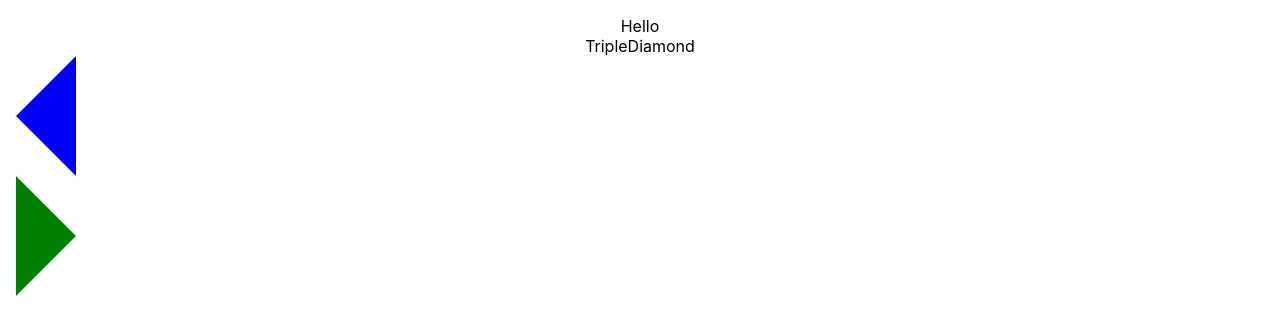
Repository: YingCG/interaction-design
Page: /
An editor plug-in stored every save of this project. The page is shown before and after the next save, followed by the edit.
The browser window is 1280 px wide. The pictures show the whole page.
The project was rebuilt for these pictures with package versions that can differ from the ones it lists, and the page was loaded fresh each time.

Above is the page before, as saved 2023-09-07 10:09:18.

After the next save:
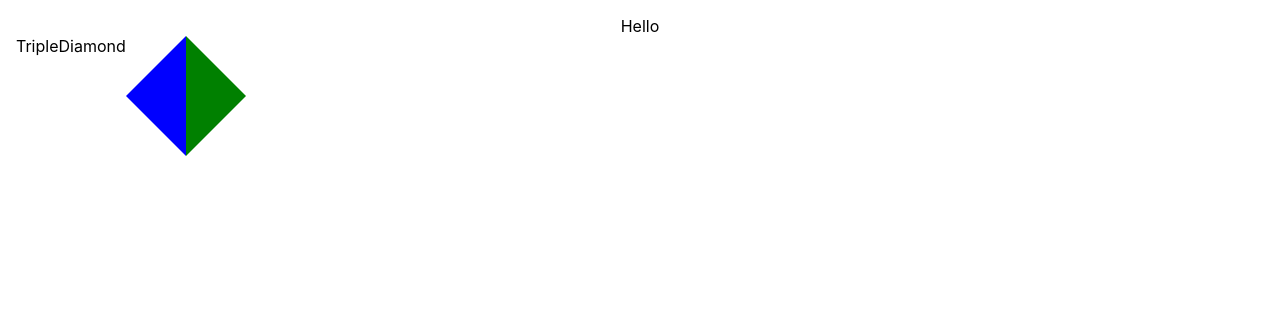
Saved 13 s later.
--- a/src/App.css
+++ b/src/App.css
@@ -20,3 +20,7 @@
 
   border-right: 60px solid blue;
 }
+
+.container {
+  display: flex;
+}
